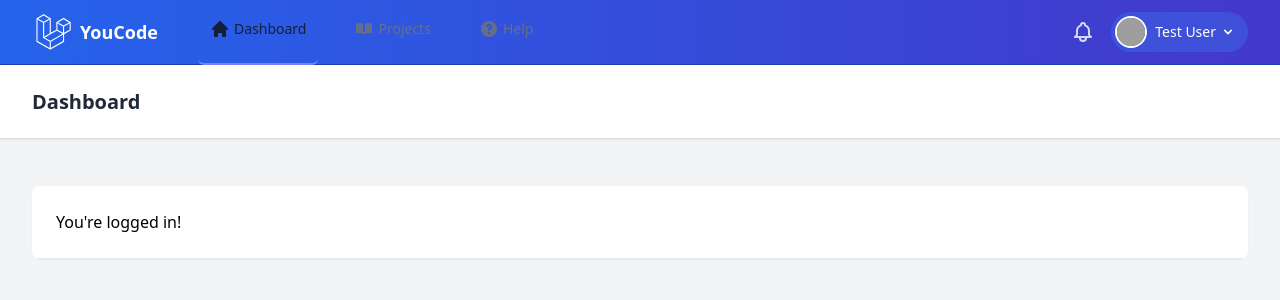
Repository: mohamedm999/Plateforme-de-Tests-d-Acceptation---YouCode-
Page: http://localhost/dashboard
The author's editor kept a copy of each file at every save. The page is drawn from the files as they stood at one save, then again after the next save.
The browser window is 1280 px wide. The pictures show the whole page.
Pictures or frames that could not be fetched are drawn as grey boxes. Some web libraries are served in a nearby version. The page is served by the project's Laravel application, run on PHP 8.4 with Laravel 8. A made-up administrator, Test User (test@example.com), is signed in. Other server files are loaded and not shown.

Above is the page before, as saved 2025-02-26 12:08:43.

### projet-evaluation/routes/web.php
<?php

use Illuminate\Support\Facades\Route;
use App\Http\Controllers\HomeController;

/*
|--------------------------------------------------------------------------
| Web Routes
|--------------------------------------------------------------------------
|
| Here is where you can register web routes for your application. These
| routes are loaded by the RouteServiceProvider within a group which
| contains the "web" middleware group. Now create something great!
|
*/



Route::get('/', [App\Http\Controllers\HomeController::class, 'index'])->middleware(['auth'])->name('home');

Route::get('/dashboard', function () {
    return view('dashboard');
})->middleware(['auth'])->name('dashboard');

require __DIR__.'/auth.php';


Route::get('/debug-auth', function() {
    dd(auth()->check(), auth()->user());
});

### projet-evaluation/app/Models/User.php
<?php

namespace App\Models;

use Illuminate\Contracts\Auth\MustVerifyEmail;
use Illuminate\Database\Eloquent\Factories\HasFactory;
use Illuminate\Foundation\Auth\User as Authenticatable;
use Illuminate\Notifications\Notifiable;
use Laravel\Sanctum\HasApiTokens;

class User extends Authenticatable
{
    use HasApiTokens, HasFactory, Notifiable;

    /**
     * The attributes that are mass assignable.
     *
     * @var array<int, string>
     */
    protected $fillable = [
        'firstname',
        'lastname',
        'email',
        'password',
        'role',
        'is_active'
    ];

    /**
     * The attributes that should be hidden for serialization.
     *
     * @var array<int, string>
     */
    protected $hidden = [
        'password',
        'remember_token',
    ];

    /**
     * The attributes that should be cast.
     *
     * @var array<string, string>
     */
    protected $casts = [
        'email_verified_at' => 'datetime',
    ];
}

### projet-evaluation/resources/views/layouts/app.blade.php
<!DOCTYPE html>
<html lang="{{ str_replace('_', '-', app()->getLocale()) }}">
    <head>
        <meta charset="utf-8">
        <meta name="viewport" content="width=device-width, initial-scale=1">
        <meta name="csrf-token" content="{{ csrf_token() }}">

        <title>{{ config('app.name', 'Laravel') }}</title>

        <!-- Fonts -->
        <link rel="stylesheet" href="https://fonts.googleapis.com/css2?family=Nunito:wght@400;600;700&display=swap">

        <!-- Scripts -->
        <link rel="stylesheet" href="https://cdn.jsdelivr.net/npm/tailwindcss@2.2.19/dist/tailwind.min.css">
    </head>
    <body class="font-sans antialiased">
        <div class="min-h-screen bg-gray-100">
            @include('layouts.navigation')

            <!-- Page Heading -->
            <header class="bg-white shadow">
                <div class="max-w-7xl mx-auto py-6 px-4 sm:px-6 lg:px-8">
                    {{ $header }}
                </div>
            </header>

            <!-- Page Content -->
            <main>
                {{ $slot }}
            </main>
        </div>
    </body>
</html>

### projet-evaluation/resources/views/layouts/navigation.blade.php
<!-- filepath: /c:/github/Plateforme-de-Tests-d-Acceptation---YouCode-/projet-evaluation/resources/views/layouts/navigation.blade.php -->
<nav x-data="{ open: false }" class="bg-gradient-to-r from-blue-600 to-indigo-700 border-b border-blue-800 shadow-md">
    <!-- Primary Navigation Menu -->
    <div class="max-w-7xl mx-auto px-4 sm:px-6 lg:px-8">
        <div class="flex justify-between h-16">
            <div class="flex">
                <!-- Logo -->
                <div class="shrink-0 flex items-center">
                    <a href="{{ route('dashboard') }}" class="flex items-center transition-all duration-300 transform hover:scale-105">
                        <x-application-logo class="block h-10 w-auto fill-current text-white" />
                        <span class="ml-2 text-white font-bold text-lg hidden md:block">YouCode</span>
                    </a>
                </div>

                <!-- Navigation Links -->
                <div class="hidden space-x-6 sm:-my-px sm:ml-10 sm:flex">
                    <x-nav-link :href="route('dashboard')" :active="request()->routeIs('dashboard')" class="text-white opacity-90 hover:opacity-100 font-medium px-3 py-2 rounded-md hover:bg-blue-500 transition-all duration-200">
                        <svg xmlns="http://www.w3.org/2000/svg" class="h-5 w-5 inline-block mr-1" viewBox="0 0 20 20" fill="currentColor">
                            <path d="M10.707 2.293a1 1 0 00-1.414 0l-7 7a1 1 0 001.414 1.414L4 10.414V17a1 1 0 001 1h2a1 1 0 001-1v-2a1 1 0 011-1h2a1 1 0 011 1v2a1 1 0 001 1h2a1 1 0 001-1v-6.586l.293.293a1 1 0 001.414-1.414l-7-7z" />
                        </svg>
                        {{ __('Dashboard') }}
                    </x-nav-link>

                    <!-- Add more navigation links as needed -->
                    <x-nav-link href="#" class="text-white opacity-90 hover:opacity-100 font-medium px-3 py-2 rounded-md hover:bg-blue-500 transition-all duration-200">
                        <svg xmlns="http://www.w3.org/2000/svg" class="h-5 w-5 inline-block mr-1" viewBox="0 0 20 20" fill="currentColor">
                            <path d="M9 4.804A7.968 7.968 0 005.5 4c-1.255 0-2.443.29-3.5.804v10A7.969 7.969 0 015.5 14c1.669 0 3.218.51 4.5 1.385A7.962 7.962 0 0114.5 14c1.255 0 2.443.29 3.5.804v-10A7.968 7.968 0 0014.5 4c-1.255 0-2.443.29-3.5.804V12a1 1 0 11-2 0V4.804z" />
                        </svg>
                        {{ __('Projects') }}
                    </x-nav-link>

                    <x-nav-link href="#" class="text-white opacity-90 hover:opacity-100 font-medium px-3 py-2 rounded-md hover:bg-blue-500 transition-all duration-200">
                        <svg xmlns="http://www.w3.org/2000/svg" class="h-5 w-5 inline-block mr-1" viewBox="0 0 20 20" fill="currentColor">
                            <path fill-rule="evenodd" d="M18 10a8 8 0 11-16 0 8 8 0 0116 0zm-8-3a1 1 0 00-.867.5 1 1 0 11-1.731-1A3 3 0 0113 8a3.001 3.001 0 01-2 2.83V11a1 1 0 11-2 0v-1a1 1 0 011-1 1 1 0 100-2zm0 8a1 1 0 100-2 1 1 0 000 2z" clip-rule="evenodd" />
                        </svg>
                        {{ __('Help') }}
                    </x-nav-link>
                </div>
            </div>

            <!-- Settings Dropdown -->
            <div class="hidden sm:flex sm:items-center sm:ml-6">
                <!-- Notifications -->
                <button class="p-1 rounded-full text-white opacity-80 hover:opacity-100 hover:bg-blue-500 focus:outline-none focus:ring-2 focus:ring-blue-300 transition-all duration-200 mr-3">
                    <span class="sr-only">View notifications</span>
                    <svg class="h-6 w-6" xmlns="http://www.w3.org/2000/svg" fill="none" viewBox="0 0 24 24" stroke="currentColor" aria-hidden="true">
                        <path stroke-linecap="round" stroke-linejoin="round" stroke-width="2" d="M15 17h5l-1.405-1.405A2.032 2.032 0 0118 14.158V11a6.002 6.002 0 00-4-5.659V5a2 2 0 10-4 0v.341C7.67 6.165 6 8.388 6 11v3.159c0 .538-.214 1.055-.595 1.436L4 17h5m6 0v1a3 3 0 11-6 0v-1m6 0H9" />
                    </svg>
                </button>

                <x-dropdown align="right" width="48">
                    <x-slot name="trigger">
                        <button class="flex items-center text-sm font-medium text-white hover:text-blue-100 focus:outline-none transition duration-150 ease-in-out bg-blue-500 bg-opacity-30 rounded-full p-1 pr-3 hover:bg-opacity-50">
                            <img class="h-8 w-8 rounded-full object-cover border-2 border-white mr-2" src="https://ui-avatars.com/api/?name={{ urlencode(Auth::user()->name) }}&color=7F9CF5&background=EBF4FF" alt="{{ Auth::user()->name }}">
                            <div>{{ Auth::user()->name }}</div>

                            <div class="ml-1">
                                <svg class="fill-current h-4 w-4" xmlns="http://www.w3.org/2000/svg" viewBox="0 0 20 20">
                                    <path fill-rule="evenodd" d="M5.293 7.293a1 1 0 011.414 0L10 10.586l3.293-3.293a1 1 0 111.414 1.414l-4 4a1 1 0 01-1.414 0l-4-4a1 1 0 010-1.414z" clip-rule="evenodd" />
                                </svg>
                            </div>
                        </button>
                    </x-slot>

                    <x-slot name="content">
                        <!-- User Profile -->
                        <div class="px-4 py-2 border-b border-gray-100">
                            <p class="text-sm font-medium text-gray-400">Signed in as</p>
                            <p class="text-sm text-gray-800 truncate">{{ Auth::user()->email }}</p>
                        </div>

                        <!-- Profile settings -->
                        <x-dropdown-link href="#" class="flex items-center">
                            <svg xmlns="http://www.w3.org/2000/svg" class="h-5 w-5 mr-2 text-gray-500" viewBox="0 0 20 20" fill="currentColor">
                                <path fill-rule="evenodd" d="M18 10a8 8 0 11-16 0 8 8 0 0116 0zm-6-3a2 2 0 11-4 0 2 2 0 014 0zm-2 4a5 5 0 00-4.546 2.916A5.986 5.986 0 0010 16a5.986 5.986 0 004.546-2.084A5 5 0 0010 11z" clip-rule="evenodd" />
                            </svg>
                            {{ __('Your Profile') }}
                        </x-dropdown-link>

                        <x-dropdown-link href="#" class="flex items-center">
                            <svg xmlns="http://www.w3.org/2000/svg" class="h-5 w-5 mr-2 text-gray-500" viewBox="0 0 20 20" fill="currentColor">
                                <path fill-rule="evenodd" d="M11.49 3.17c-.38-1.56-2.6-1.56-2.98 0a1.532 1.532 0 01-2.286.948c-1.372-.836-2.942.734-2.106 2.106.54.886.061 2.042-.947 2.287-1.561.379-1.561 2.6 0 2.978a1.532 1.532 0 01.947 2.287c-.836 1.372.734 2.942 2.106 2.106a1.532 1.532 0 012.287.947c.379 1.561 2.6 1.561 2.978 0a1.533 1.533 0 012.287-.947c1.372.836 2.942-.734 2.106-2.106a1.533 1.533 0 01.947-2.287c1.561-.379 1.561-2.6 0-2.978a1.532 1.532 0 01-.947-2.287c.836-1.372-.734-2.942-2.106-2.106a1.532 1.532 0 01-2.287-.947zM10 13a3 3 0 100-6 3 3 0 000 6z" clip-rule="evenodd" />
                            </svg>
                            {{ __('Settings') }}
                        </x-dropdown-link>

                        <!-- Authentication -->
                        <form method="POST" action="{{ route('logout') }}">
                            @csrf

                            <x-dropdown-link :href="route('logout')"
                                    onclick="event.preventDefault(); this.closest('form').submit();"
                                    class="flex items-center border-t border-gray-100">
                                <svg xmlns="http://www.w3.org/2000/svg" class="h-5 w-5 mr-2 text-red-500" viewBox="0 0 20 20" fill="currentColor">
                                    <path fill-rule="evenodd" d="M3 3a1 1 0 00-1 1v12a1 1 0 102 0V4a1 1 0 00-1-1zm10.293 9.293a1 1 0 001.414 1.414l3-3a1 1 0 000-1.414l-3-3a1 1 0 10-1.414 1.414L14.586 9H7a1 1 0 100 2h7.586l-1.293 1.293z" clip-rule="evenodd" />
                                </svg>
                                {{ __('Log Out') }}
                            </x-dropdown-link>
                        </form>
                    </x-slot>
                </x-dropdown>
            </div>

            <!-- Hamburger -->
            <div class="-mr-2 flex items-center sm:hidden">
                <button @click="open = ! open" class="inline-flex items-center justify-center p-2 rounded-md text-white hover:text-blue-200 hover:bg-blue-500 focus:outline-none focus:bg-blue-700 focus:text-white transition duration-150 ease-in-out">
                    <svg class="h-6 w-6" stroke="currentColor" fill="none" viewBox="0 0 24 24">
                        <path :class="{'hidden': open, 'inline-flex': ! open }" class="inline-flex" stroke-linecap="round" stroke-linejoin="round" stroke-width="2" d="M4 6h16M4 12h16M4 18h16" />
                        <path :class="{'hidden': ! open, 'inline-flex': open }" class="hidden" stroke-linecap="round" stroke-linejoin="round" stroke-width="2" d="M6 18L18 6M6 6l12 12" />
                    </svg>
                </button>
            </div>
        </div>
    </div>

    <!-- Responsive Navigation Menu -->
    <div :class="{'block': open, 'hidden': ! open}" class="hidden sm:hidden bg-gray-800 bg-opacity-90">
        <div class="pt-2 pb-3 space-y-1">
            <x-responsive-nav-link :href="route('dashboard')" :active="request()->routeIs('dashboard')" class="text-white hover:bg-blue-600 block px-3 py-2 rounded-md font-medium">
                <svg xmlns="http://www.w3.org/2000/svg" class="h-5 w-5 inline-block mr-1" viewBox="0 0 20 20" fill="currentColor">
                    <path d="M10.707 2.293a1 1 0 00-1.414 0l-7 7a1 1 0 001.414 1.414L4 10.414V17a1 1 0 001 1h2a1 1 0 001-1v-2a1 1 0 011-1h2a1 1 0 011 1v2a1 1 0 001 1h2a1 1 0 001-1v-6.586l.293.293a1 1 0 001.414-1.414l-7-7z" />
                </svg>
                {{ __('Dashboard') }}
            </x-responsive-nav-link>

            <!-- Add more responsive navigation links -->
            <x-responsive-nav-link href="#" class="text-white hover:bg-blue-600 block px-3 py-2 rounded-md font-medium">
                <svg xmlns="http://www.w3.org/2000/svg" class="h-5 w-5 inline-block mr-1" viewBox="0 0 20 20" fill="currentColor">
                    <path d="M9 4.804A7.968 7.968 0 005.5 4c-1.255 0-2.443.29-3.5.804v10A7.969 7.969 0 015.5 14c1.669 0 3.218.51 4.5 1.385A7.962 7.962 0 0114.5 14c1.255 0 2.443.29 3.5.804v-10A7.968 7.968 0 0014.5 4c-1.255 0-2.443.29-3.5.804V12a1 1 0 11-2 0V4.804z" />
                </svg>
                {{ __('Projects') }}
            </x-responsive-nav-link>

            <x-responsive-nav-link href="#" class="text-white hover:bg-blue-600 block px-3 py-2 rounded-md font-medium">
                <svg xmlns="http://www.w3.org/2000/svg" class="h-5 w-5 inline-block mr-1" viewBox="0 0 20 20" fill="currentColor">
                    <path fill-rule="evenodd" d="M18 10a8 8 0 11-16 0 8 8 0 0116 0zm-8-3a1 1 0 00-.867.5 1 1 0 11-1.731-1A3 3 0 0113 8a3.001 3.001 0 01-2 2.83V11a1 1 0 11-2 0v-1a1 1 0 011-1 1 1 0 100-2zm0 8a1 1 0 100-2 1 1 0 000 2z" clip-rule="evenodd" />
                </svg>
                {{ __('Help') }}
            </x-responsive-nav-link>
        </div>

        <!-- Responsive Settings Options -->
        <div class="pt-4 pb-3 border-t border-blue-700">
            <div class="flex items-center px-4">
                <div class="flex-shrink-0">
                    <img class="h-10 w-10 rounded-full object-cover border-2 border-blue-300" src="https://ui-avatars.com/api/?name={{ urlencode(Auth::user()->name) }}&color=7F9CF5&background=EBF4FF" alt="{{ Auth::user()->name }}">
                </div>
                <div class="ml-3">
                    <div class="font-medium text-base text-white">{{ Auth::user()->name }}</div>
                    <div class="font-medium text-sm text-blue-200">{{ Auth::user()->email }}</div>
                </div>
            </div>

            <div class="mt-3 space-y-1">
                <!-- Additional mobile menu links -->
                <x-responsive-nav-link href="#" class="text-white hover:bg-blue-600 block px-3 py-2 rounded-md font-medium">
                    <svg xmlns="http://www.w3.org/2000/svg" class="h-5 w-5 inline-block mr-1" viewBox="0 0 20 20" fill="currentColor">
                        <path fill-rule="evenodd" d="M18 10a8 8 0 11-16 0 8 8 0 0116 0zm-6-3a2 2 0 11-4 0 2 2 0 014 0zm-2 4a5 5 0 00-4.546 2.916A5.986 5.986 0 0010 16a5.986 5.986 0 004.546-2.084A5 5 0 0010 11z" clip-rule="evenodd" />
                    </svg>
                    {{ __('Your Profile') }}
                </x-responsive-nav-link>

                <x-responsive-nav-link href="#" class="text-white hover:bg-blue-600 block px-3 py-2 rounded-md font-medium">
                    <svg xmlns="http://www.w3.org/2000/svg" class="h-5 w-5 inline-block mr-1" viewBox="0 0 20 20" fill="currentColor">
                        <path fill-rule="evenodd" d="M11.49 3.17c-.38-1.56-2.6-1.56-2.98 0a1.532 1.532 0 01-2.286.948c-1.372-.836-2.942.734-2.106 2.106.54.886.061 2.042-.947 2.287-1.561.379-1.561 2.6 0 2.978a1.532 1.532 0 01.947 2.287c-.836 1.372.734 2.942 2.106 2.106a1.532 1.532 0 012.287.947c.379 1.561 2.6 1.561 2.978 0a1.533 1.533 0 012.287-.947c1.372.836 2.942-.734 2.106-2.106a1.533 1.533 0 01.947-2.287c1.561-.379 1.561-2.6 0-2.978a1.532 1.532 0 01-.947-2.287c.836-1.372-.734-2.942-2.106-2.106a1.532 1.532 0 01-2.287-.947zM10 13a3 3 0 100-6 3 3 0 000 6z" clip-rule="evenodd" />
                    </svg>
                    {{ __('Settings') }}
                </x-responsive-nav-link>

                <!-- Authentication -->
                <form method="POST" action="{{ route('logout') }}">
                    @csrf

                    <x-responsive-nav-link :href="route('logout')"
                            onclick="event.preventDefault();
                                        this.closest('form').submit();"
                            class="text-white hover:bg-red-600 block px-3 py-2 rounded-md font-medium">
                        <svg xmlns="http://www.w3.org/2000/svg" class="h-5 w-5 inline-block mr-1" viewBox="0 0 20 20" fill="currentColor">
                            <path fill-rule="evenodd" d="M3 3a1 1 0 00-1 1v12a1 1 0 102 0V4a1 1 0 00-1-1zm10.293 9.293a1 1 0 001.414 1.414l3-3a1 1 0 000-1.414l-3-3a1 1 0 10-1.414 1.414L14.586 9H7a1 1 0 100 2h7.586l-1.293 1.293z" clip-rule="evenodd" />
                        </svg>
                        {{ __('Log Out') }}
                    </x-responsive-nav-link>
                </form>
            </div>
        </div>
    </div>
</nav>

Loaded but not shown: projet-evaluation/routes/auth.php (common file); projet-evaluation/resources/views/dashboard.blade.php (common file); projet-evaluation/app/View/Components/AppLayout.php (common file); projet-evaluation/resources/views/components/application-logo.blade.php (common file); projet-evaluation/resources/views/components/nav-link.blade.php (common file); projet-evaluation/resources/views/components/dropdown-link.blade.php (common file); projet-evaluation/resources/views/components/dropdown.blade.php (common file); projet-evaluation/resources/views/components/responsive-nav-link.blade.php (common file)

After the next save:
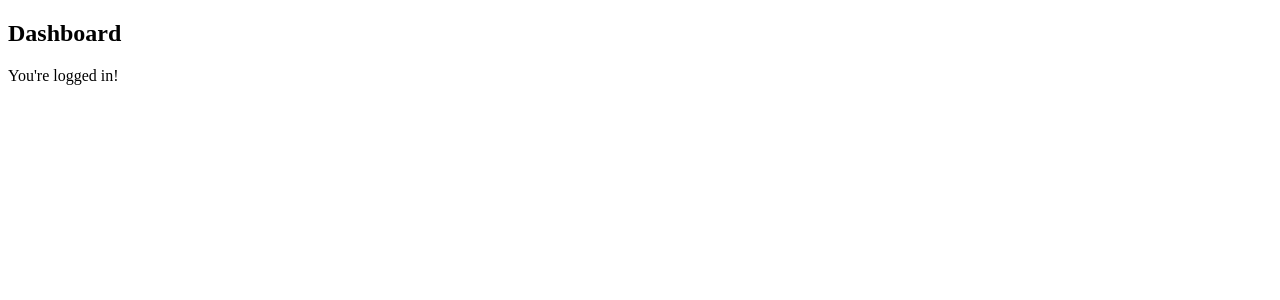
Saved 88 min 44 s later.
--- a/projet-evaluation/resources/views/layouts/app.blade.php
+++ b/projet-evaluation/resources/views/layouts/app.blade.php
@@ -8,14 +8,14 @@
         <title>{{ config('app.name', 'Laravel') }}</title>
 
         <!-- Fonts -->
-        <link rel="stylesheet" href="https://fonts.googleapis.com/css2?family=Nunito:wght@400;600;700&display=swap">
+        <link rel="preconnect" href="https://fonts.googleapis.com">
+        <link rel="preconnect" href="https://fonts.gstatic.com" crossorigin>
+        <link href="https://fonts.googleapis.com/css2?family=Inter:wght@300;400;500;600;700&display=swap" rel="stylesheet">
 
-        <!-- Scripts -->
-        <link rel="stylesheet" href="https://cdn.jsdelivr.net/npm/tailwindcss@2.2.19/dist/tailwind.min.css">
-    </head>
-    <body class="font-sans antialiased">
-        <div class="min-h-screen bg-gray-100">
-            @include('layouts.navigation')
+        <!-- Icons -->
+        <link rel="stylesheet" href="https://cdnjs.cloudflare.com/ajax/libs/font-awesome/6.1.1/css/all.min.css">
+
+        <!-- Styles -->
 
             <!-- Page Heading -->
             <header class="bg-white shadow">
